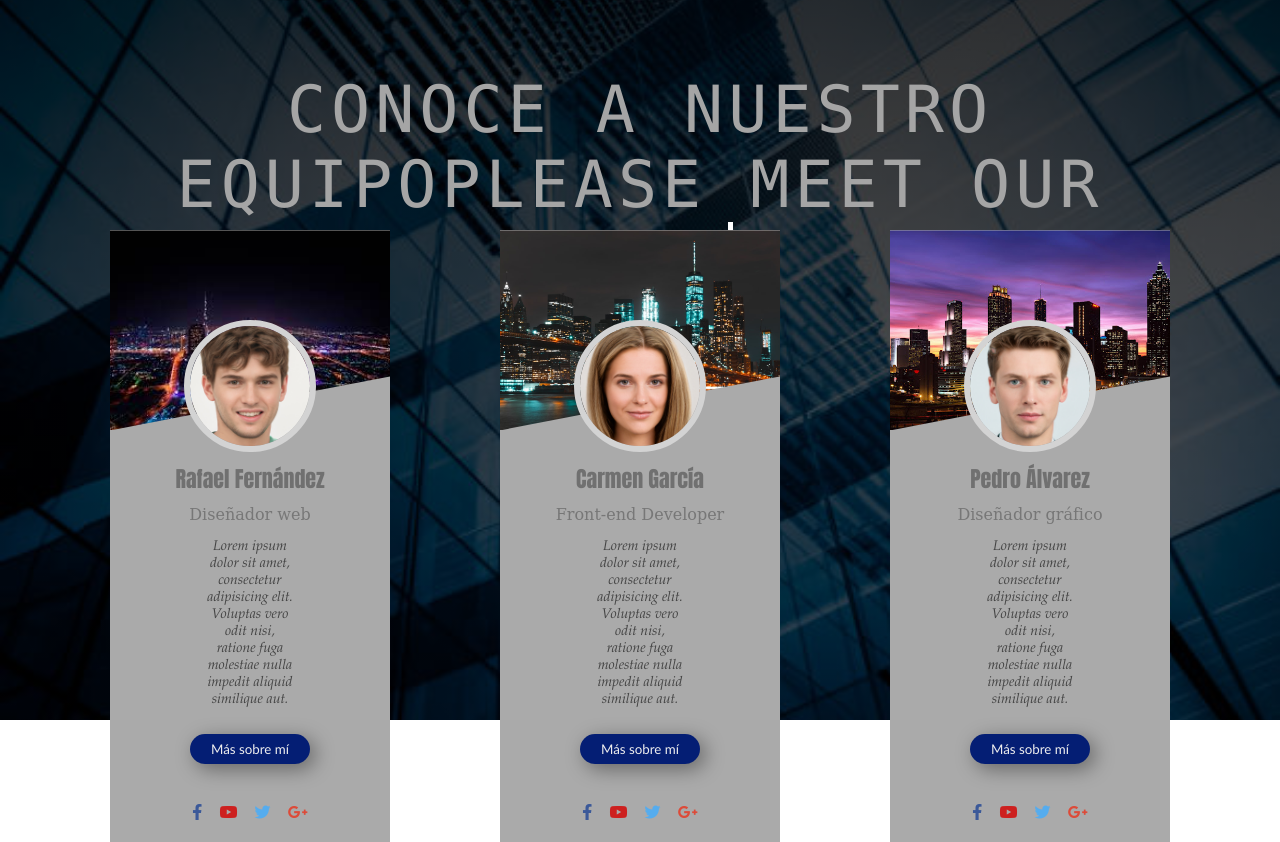
Repository: RaquelAlvarezz/Ejercicios-FormawebIV
Page: Equipo/index.html
The author's editor kept a copy of each file at every save. The page is drawn from the files as they stood at one save, then again after the next save.
The browser window is 1280 px wide. The pictures show the whole page.

Above is the page before, as saved 2021-11-24 08:53:05.

After the next save:
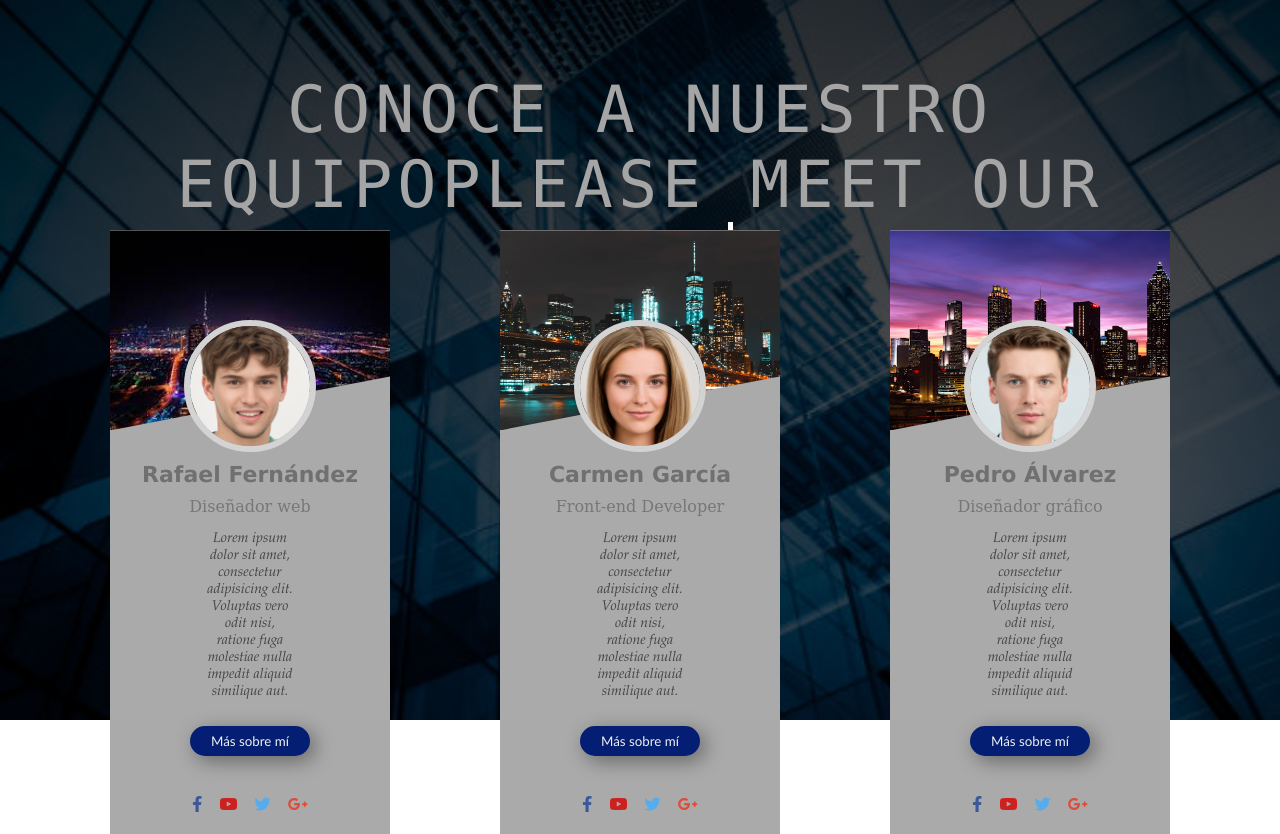
Saved 22 s later.
--- a/Equipo/css/styles.css
+++ b/Equipo/css/styles.css
@@ -102,7 +102,7 @@
 }
 
 .card h1{
-	font-family:Impact, Haettenschweiler, 'Arial Narrow Bold', sans-serif;
+	font-family:'Lucida Sans', 'Lucida Sans Regular', 'Lucida Grande', 'Lucida Sans Unicode', Geneva, Verdana, sans-serif;
 	font-size: 22px;
 	color: rgb(112, 112, 112);
 	margin: 10px;
